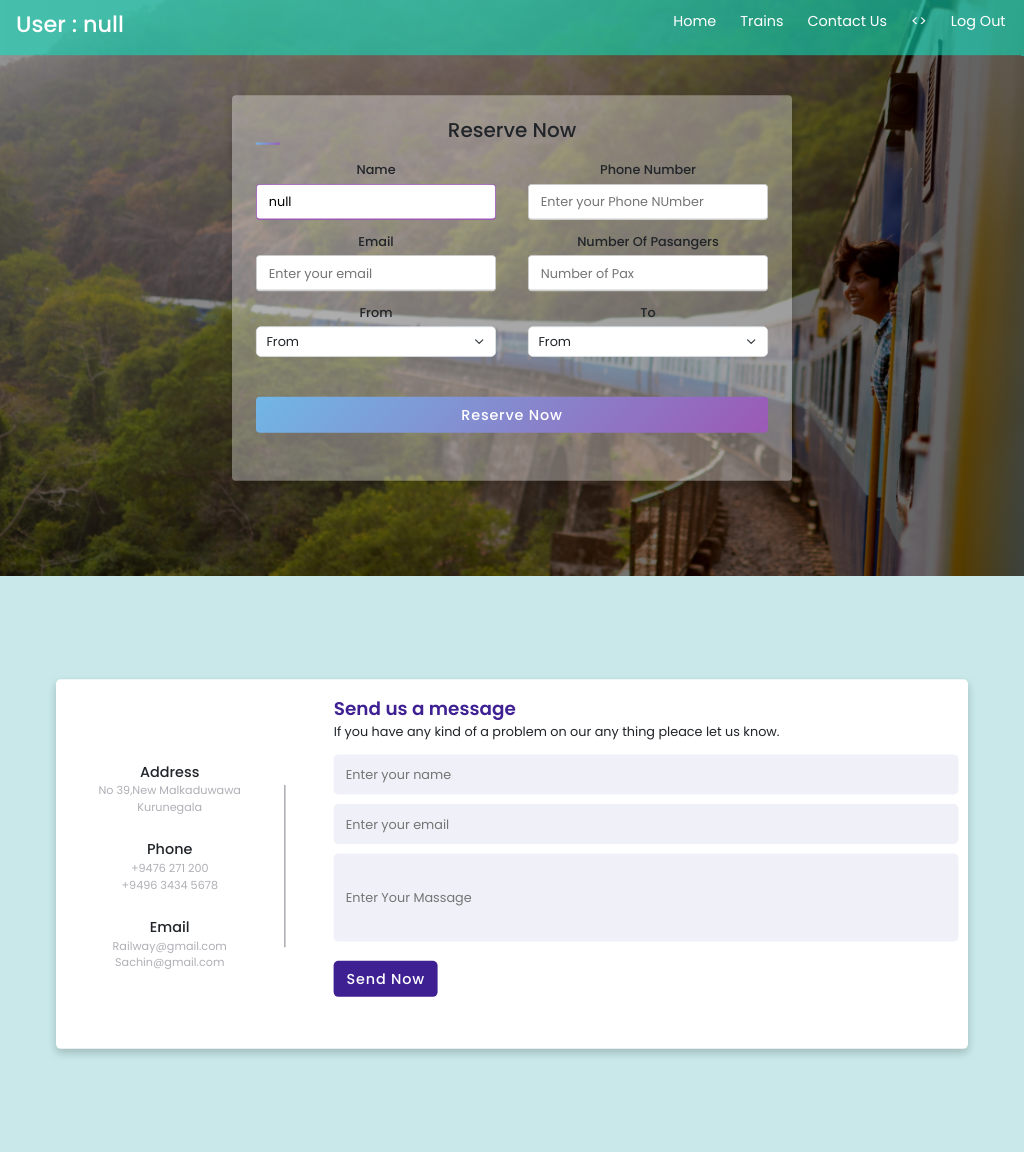
Repository: SachinUthpala/Railway-Reservation
Page: http://localhost/Railway/Reserve/reserve.jsp
These files come from the project's save history. The page is drawn as it stood at one moment and after the next save; the edit follows.
The browser window is 1280 px wide. The pictures show the whole page, at 80% of full size.
The page is served by Tomcat 9.

Above is the page before, as saved 2023-05-21 06:58:22.

After the next save:
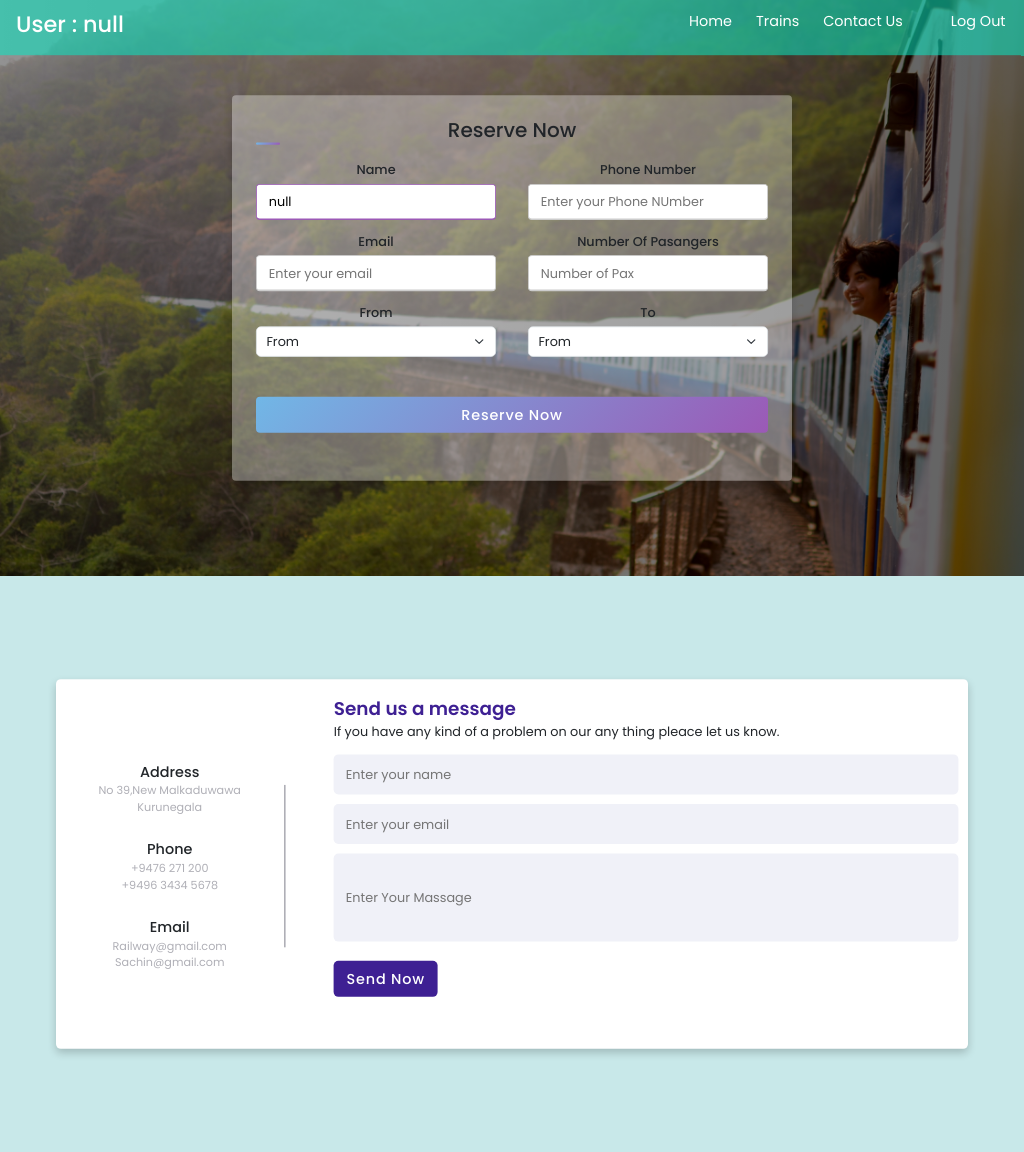
Saved 4 s later.
--- a/Railway/src/main/webapp/Reserve/reserve.jsp
+++ b/Railway/src/main/webapp/Reserve/reserve.jsp
@@ -31,7 +31,7 @@
       <li><a href="#">Home</a></li>
       <li><a href="../Train_res">Trains</a></li>
       <li><a href="#contact">Contact Us</a></li>
-      <li><a href="../My_res_sv"><></a></li>
+      <li><a href="../My_res_sv"></a></li>
       <li><a href="#">Log Out</a></li>
     </ul>
   </div>
